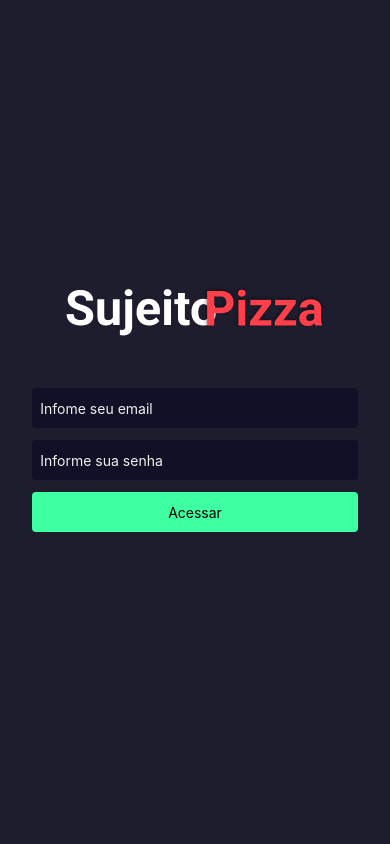
Repository: daviresende03/SujeitoPizzaria
Screen: / (app in mobile/)
The author's editor kept a copy of each file at every save. The screen is drawn from the files as they stood at one save, then again after the next save.
The app was drawn by React Native's web renderer in a window 390 px wide. The project was rebuilt for these pictures with package versions that can differ from the ones it lists, and the page was loaded fresh each time. Also part of the build but not shown: mobile/src/pages/dashboard/index.tsx, mobile/src/routes/app.routes.tsx.

Above is the screen before, as saved 2023-04-27 20:02:58.

### mobile/App.tsx
import { StyleSheet, Text, View, StatusBar } from 'react-native';
import { NavigationContainer } from '@react-navigation/native';
import Routes from './src/routes';

export default function App() {
  return (
    <NavigationContainer>
      <StatusBar backgroundColor='#1d1d2e' barStyle='light-content' translucent={false} /*barStyle: cores dos icones | trasnlucent: se os components da tela podem ficar abaixo da status bar*/ />
      <Routes/>
    </NavigationContainer>
  );
}

### mobile/src/routes/index.tsx
import React from "react";
import { View, ActivityIndicator } from "react-native";
import AppRoutes from "./app.routes";
import AuthRoutes from "./auth.routes";

function Routes(){
    const isAuthenticated = false;
    const loading = false;

    if(loading){
        return(
            <View
                style={{
                    flex: 1,
                    backgroundColor: '#1D1D2E',
                    justifyContent: 'center',
                    alignItems: 'center'
                }}>
                    <ActivityIndicator size={60} color='#F5F7FB'/>
            </View>
        )
    }

    return (
        isAuthenticated ? <AppRoutes/> : <AuthRoutes/>
    )
}
export default Routes;

### mobile/src/routes/auth.routes.tsx
import React from 'react';
import { createNativeStackNavigator } from '@react-navigation/native-stack';
import SignIn from '../pages/SignIn/Index';

const Stack = createNativeStackNavigator();

function AuthRoutes(){
    return(
        <Stack.Navigator>
            <Stack.Screen name="SignIn" component={SignIn} options={{headerShown: false}}/>
        </Stack.Navigator>
    )
}
export default AuthRoutes;

### mobile/src/pages/SignIn/Index.tsx
import React from 'react';
import { View, Text, StyleSheet, Image, TextInput, TouchableOpacity } from 'react-native';

export default function SignIn(){
    return (
        <View style={styles.container}>
            <Image
                style={styles.logo}
                source={require('../../assets/logo.png')}
            />
            <View style={styles.inputContainer}>
                <TextInput
                    placeholder='Infome seu email'
                    style={styles.input}
                    placeholderTextColor='#F0F0F0'
                />
                <TextInput
                    placeholder='Informe sua senha'
                    style={styles.input}
                    placeholderTextColor='#F0F0F0'
                />
                <TouchableOpacity style={styles.button}>
                    <Text style={styles.buttonText}>Acessar</Text>
                </TouchableOpacity>
            </View>
        </View>
    )
}

const styles = StyleSheet.create({
    container: {
        flex: 1,
        justifyContent: 'center',
        alignItems: 'center',
        backgroundColor: '#1D1D2E'
    },
    logo: {
        marginBottom: 18
    },
    inputContainer: {
        width: '95%',
        alignItems: 'center',
        justifyContent: 'center',
        paddingVertical: 32,
        paddingHorizontal: 14
    },
    input: {
        width: '95%',
        height:40,
        backgroundColor: '#101026',
        marginBottom: 12,
        borderRadius: 4,
        paddingHorizontal: 8, //Padding na esquerda e direita
        color: '#FFF'
    },
    button: {
        width: '95%',
        height: 40,
        backgroundColor: '#3FFFA3',
        borderRadius: 4,
        justifyContent: 'center',
        alignItems: 'center'
    }
})

After the next save:
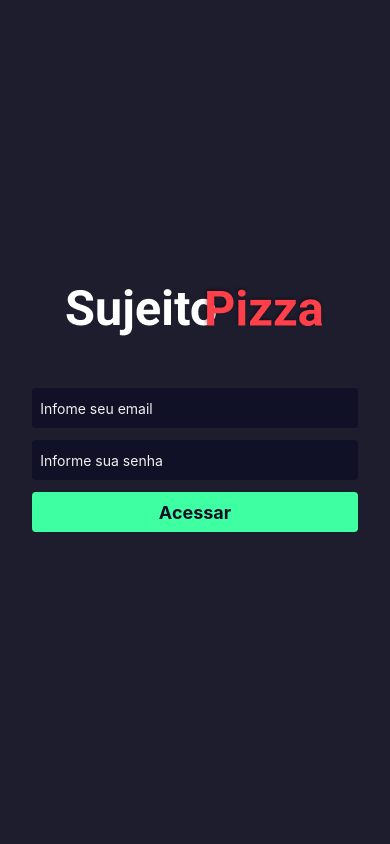
Saved 31 s later.
--- a/mobile/src/pages/SignIn/Index.tsx
+++ b/mobile/src/pages/SignIn/Index.tsx
@@ -60,5 +60,10 @@
         borderRadius: 4,
         justifyContent: 'center',
         alignItems: 'center'
+    },
+    buttonText: {
+        fontSize: 18,
+        fontWeight: 'bold',
+        color: '#101026'
     }
 })
